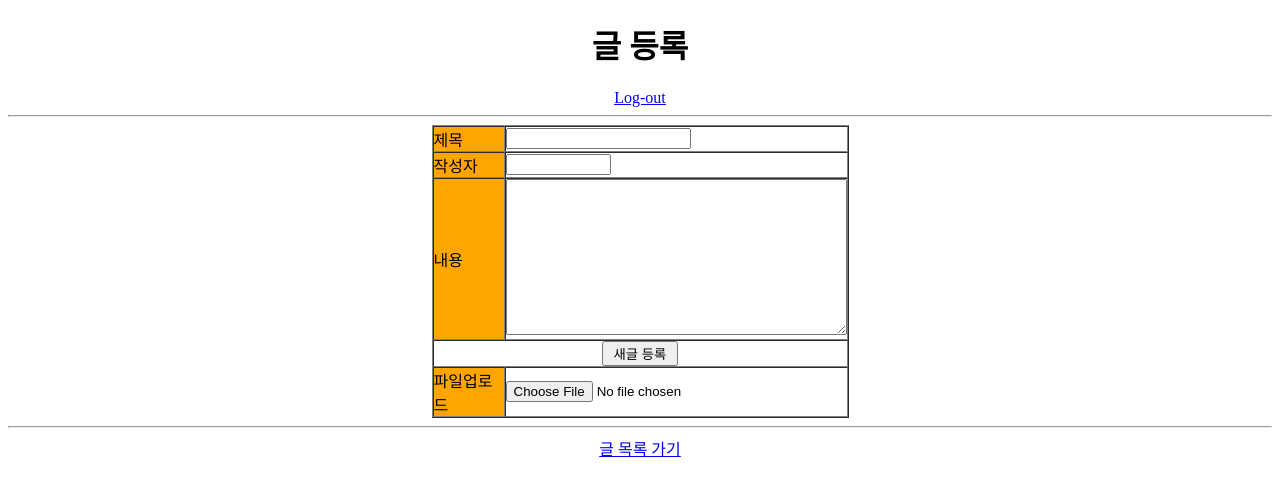
Repository: bjkim247/Spring
Page: http://localhost/BoardWeb/insertBoard.jsp
These files come from the project's save history. The page is drawn as it stood at one moment and after the next save; the edit follows.
The browser window is 1280 px wide. The pictures show the whole page.
The page is served by Tomcat 9. Nobody is signed in. The application's start-up code is not run.

Above is the page before, as saved 2023-12-20 07:06:15.

After the next save:
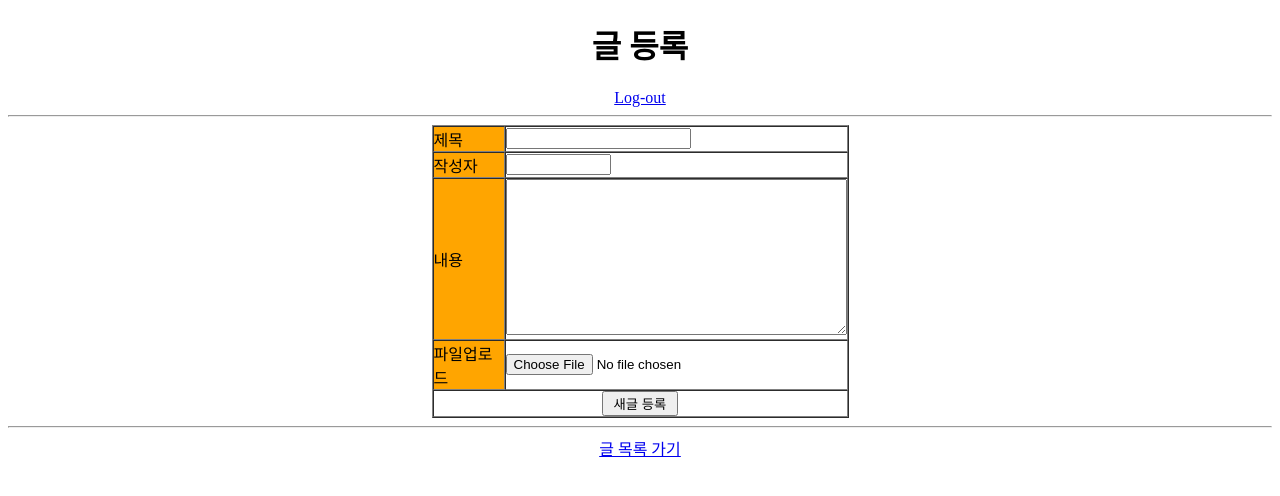
Saved 23 s later.
--- a/BoardWeb/src/main/webapp/insertBoard.jsp
+++ b/BoardWeb/src/main/webapp/insertBoard.jsp
@@ -26,13 +26,14 @@
 				<td align="left"><textarea name="content" cols="40" rows="10"></textarea>
 				</td>
 			</tr>
+
+			<tr>
+				<td bgcolor="orange" width="70">파일업로드</td>
+				<td align="left"><input type="file" name="uploadFile"></td>
+			</tr>
 			<tr>
 				<td colspan="2" align="center"><input type="submit"
 					value=" 새글 등록 " /></td>
-			</tr>
-			<tr>
-				<td bgcolor="orange" width="70">파일업로드</td>
-				<td align="left"><input type="file" name="uploadFile"></td>
 			</tr>
 		</table>
 	</form>
